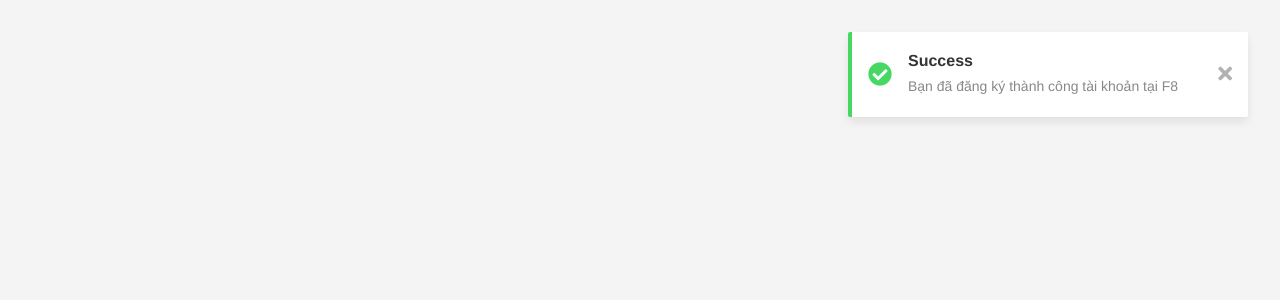
Repository: vuongtm1999/Toast_Message
Page: toast-message.html
These files come from the project's save history. The page is drawn as it stood at one moment and after the next save; the edit follows.
The browser window is 1280 px wide. The pictures show the whole page.

Above is the page before, as saved 2022-09-01 13:16:35.

After the next save:
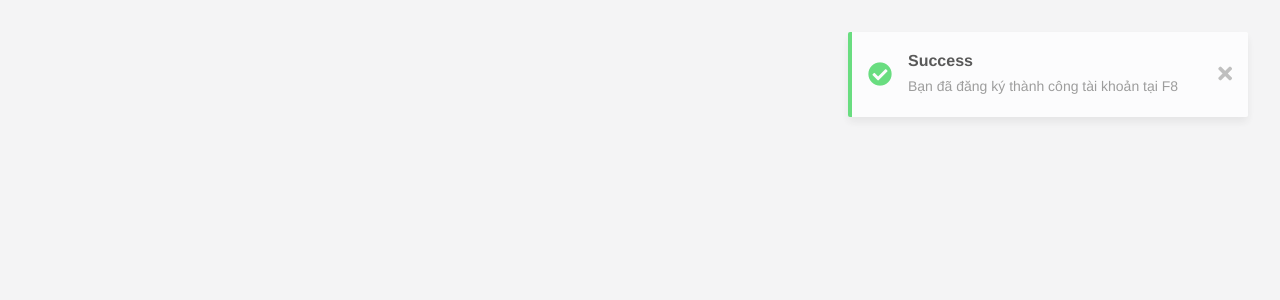
Saved 2 min 36 s later.
--- a/toast-message.css
+++ b/toast-message.css
@@ -86,6 +86,8 @@ body>div {
     max-width: 450px;
     border-left: 4px solid;
     box-shadow: 0 5px 8px rgba(0, 0, 0, 0.08);
+
+    animation: slideInLeft ease 0.3s, fadeOut linear 0.2 forwards;
     transition: all linear 0.3s;
 }
 
